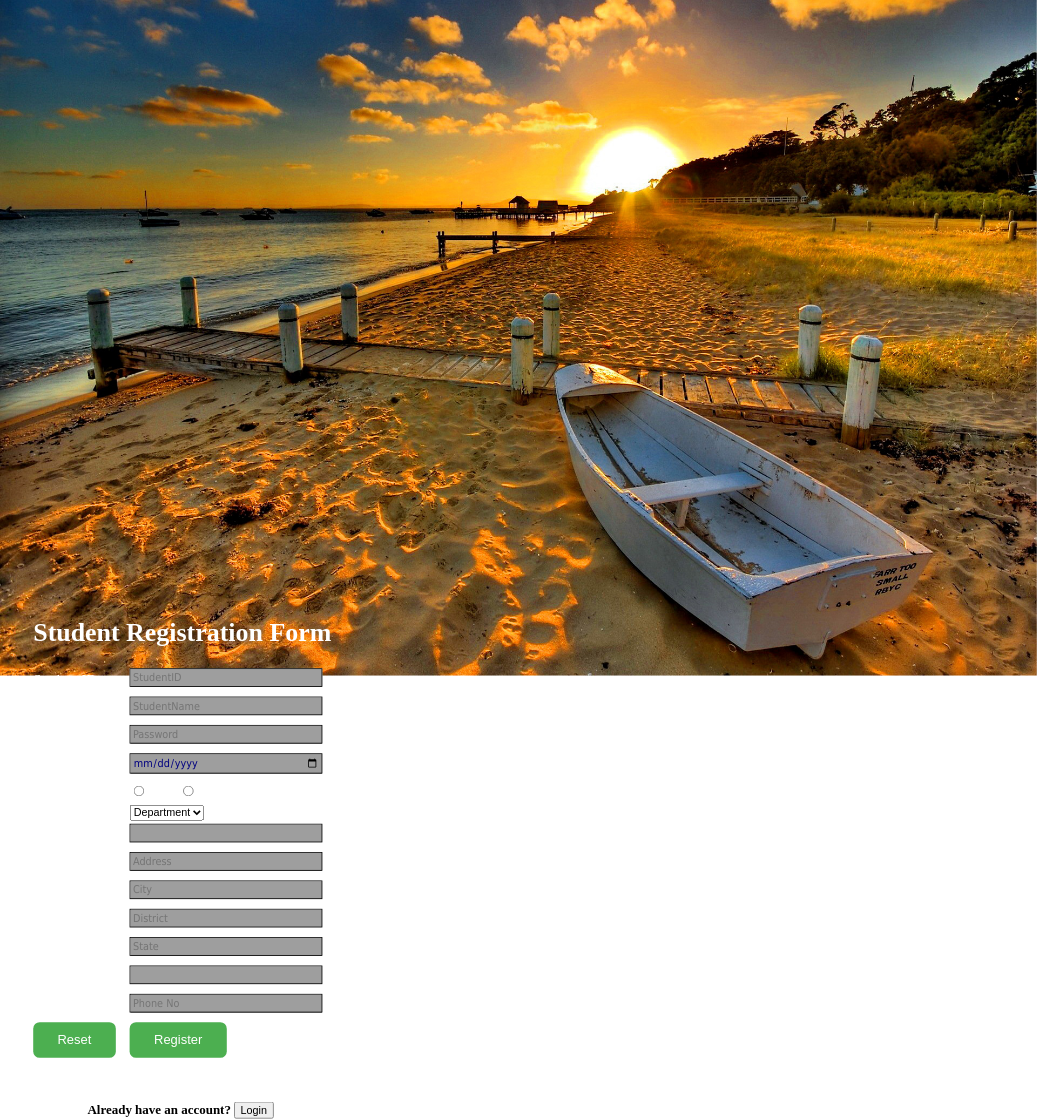
Repository: srikanthModugu/jdbc-servlet-jsp
Page: SutudentRegistration/WebContent/Registration.html
An editor plug-in stored every save of this project. The page is shown before and after the next save, followed by the edit.
The browser window is 1280 px wide. The page is 1308 px wide, so the pictures cover 1308 px, including what lies to the right of the window. The pictures show the whole page, at 81% of full size.
Pictures or frames that could not be fetched are drawn as grey boxes.

Above is the page before, as saved 2017-10-03 10:28:38.

After the next save:
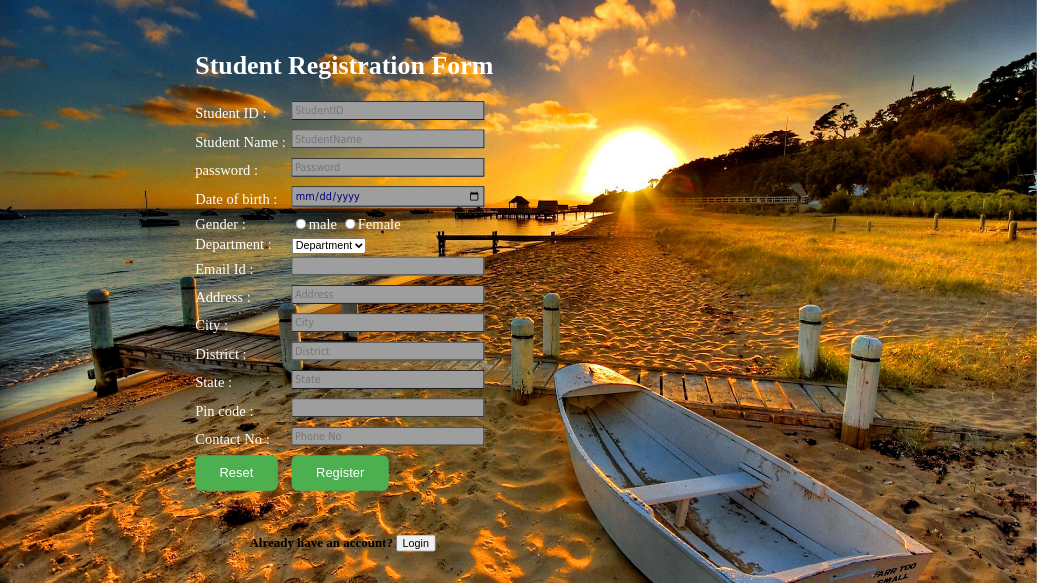
Saved 31 s later.
--- a/SutudentRegistration/WebContent/Registration.html
+++ b/SutudentRegistration/WebContent/Registration.html
@@ -70,7 +70,9 @@ td {
 
 		<div style="height: 700px; width: 1300px; color: white; float: left;">
 
+			<div style="height: 700px; width: 200px;  float: left;">
 
+			</div>
 
 			<div
 				style="height: 700px; width: 700px;  color: black; float: left;">
@@ -120,10 +122,7 @@ td {
 							</select></td>
 						</tr>
 
-
-						<div style="height: 700px; width: 200px;  float: right: ;">
-                          <tr>
-
+						<tr>
 							<td>Email Id :</td>
 							<td><input  class="tb10" type='email' name='emailId' size='30' "><br></td>
 						</tr>
@@ -158,7 +157,7 @@ td {
 							<td><input class="tb10" type='text' name='mobileNo' size='30' placeholder="Phone No"><br></td>
 						</tr>
 
-                   </div>
+
 						<tr>
 							<td><button class="button" type="submit" formaction="RegisterForm.html">Reset</button></td>
 							<td><input class="button" type="submit" value="Register" ></td>
